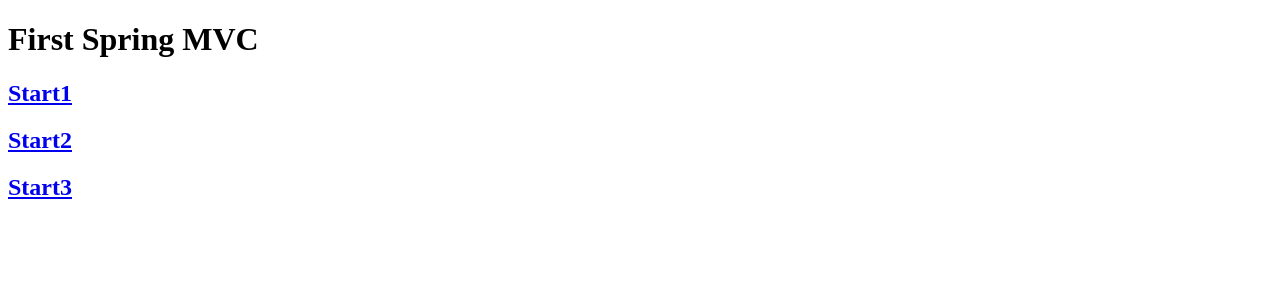
Repository: Developer120000/spring_mvc_study
Page: http://localhost/spring_mvc02/
The author's editor kept a copy of each file at every save. The page is drawn from the files as they stood at one save, then again after the next save.
The browser window is 1280 px wide. The pictures show the whole page.
The page is served by Tomcat 9.

Above is the page before, as saved 2024-03-19 01:15:12.

After the next save:
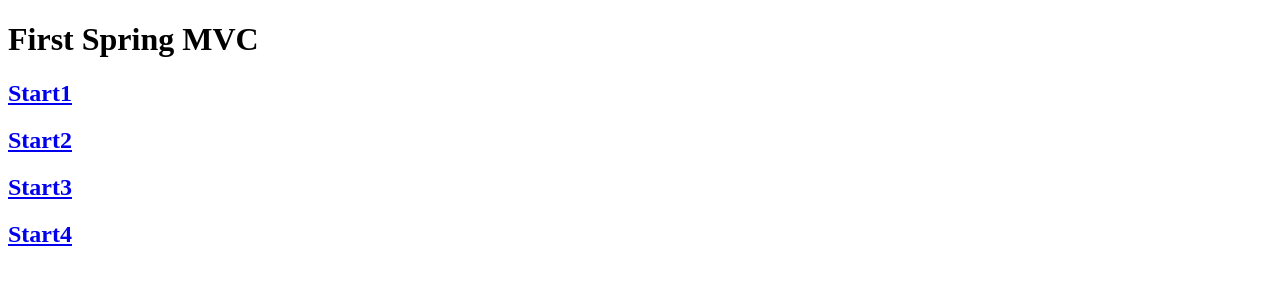
Saved 6 s later.
--- a/spring_mvc02/src/main/webapp/WEB-INF/views/index.jsp
+++ b/spring_mvc02/src/main/webapp/WEB-INF/views/index.jsp
@@ -12,5 +12,6 @@
 	<h2><a href="start1.do">Start1</a></h2>
 	<h2><a href="start2.do">Start2</a></h2>
 	<h2><a href="start3.do">Start3</a></h2>
+	<h2><a href="start4.do">Start4</a></h2>
 </body>
 </html>
